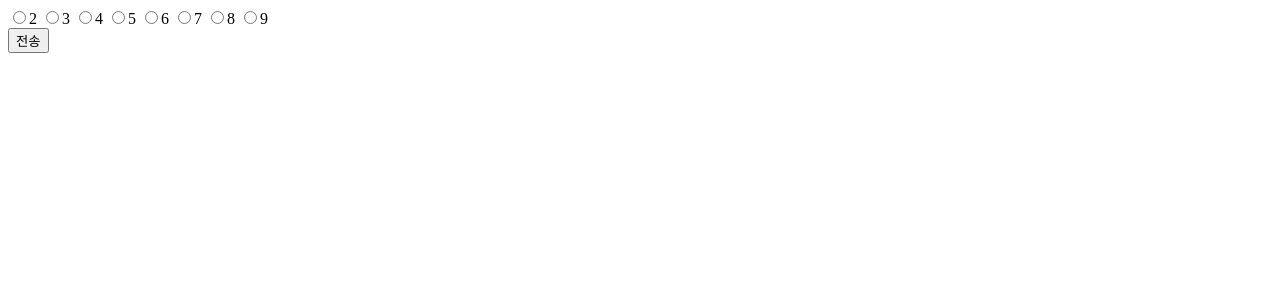
Repository: pro-hk/jsp
Page: http://localhost/chap02/gugudan.jsp
An editor plug-in stored every save of this project. The page is shown before and after the next save, followed by the edit.
The browser window is 1280 px wide. The pictures show the whole page.
The page is served by Tomcat 9.

Above is the page before, as saved 2022-01-21 05:55:22.

After the next save:
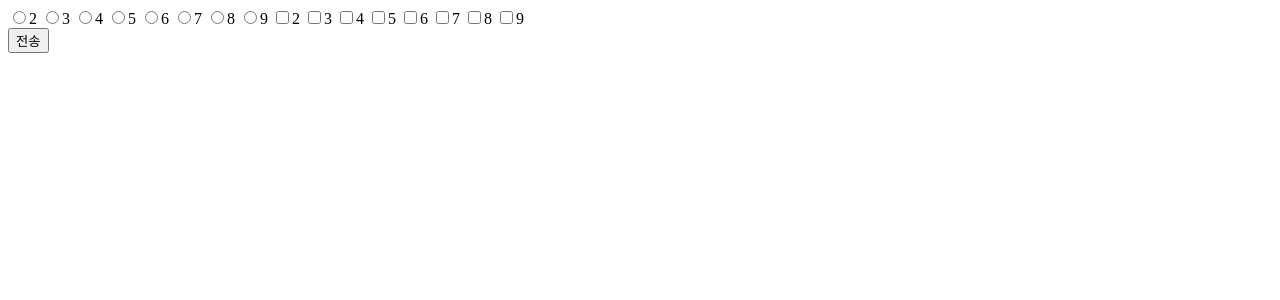
Saved 71 s later.
--- a/chap02/src/main/webapp/gugudan.jsp
+++ b/chap02/src/main/webapp/gugudan.jsp
@@ -17,6 +17,14 @@
 		<label><input type="radio" name="dan" value="7">7</label>
 		<label><input type="radio" name="dan" value="8">8</label>
 		<label><input type="radio" name="dan" value="9">9</label>
+		<label><input type="checkbox" name="dan" value="9">2</label>
+		<label><input type="checkbox" name="dan" value="9">3</label>
+		<label><input type="checkbox" name="dan" value="9">4</label>
+		<label><input type="checkbox" name="dan" value="9">5</label>
+		<label><input type="checkbox" name="dan" value="9">6</label>
+		<label><input type="checkbox" name="dan" value="9">7</label>
+		<label><input type="checkbox" name="dan" value="9">8</label>
+		<label><input type="checkbox" name="dan" value="9">9</label>
 		<div><button>전송</button></div>
 	</form>
 </body>
